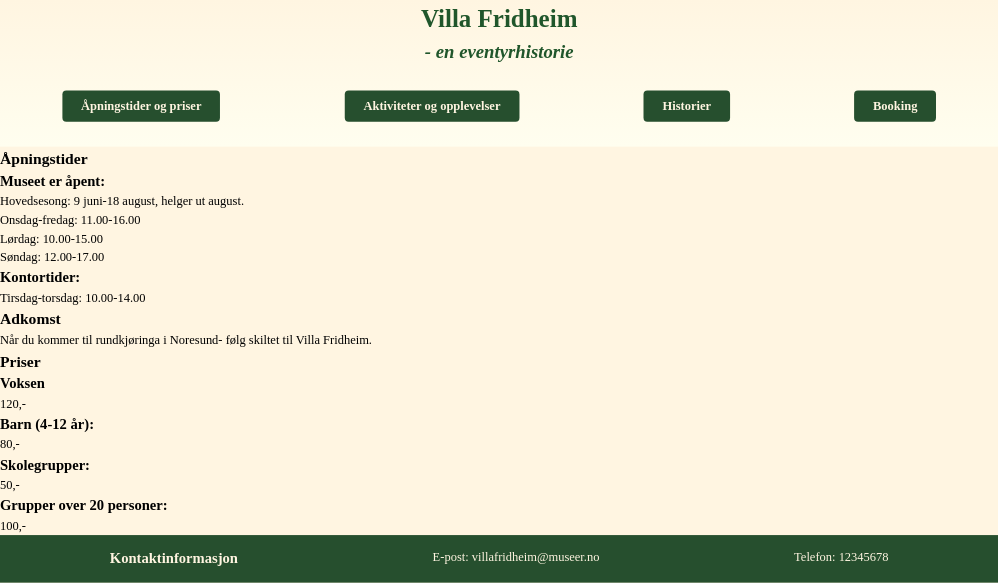
Repository: IdaHolmen/villa-fridheim
Page: src/info.html
The author's editor kept a copy of each file at every save. The page is drawn from the files as they stood at one save, then again after the next save.
The browser window is 1280 px wide. The pictures show the whole page, at 78% of full size.
Some web fonts or font styles are not loaded; a fallback is used.

Above is the page before, as saved 2024-10-07 09:49:01.

### src/info.html
<!DOCTYPE html>
<html lang="en">
    <head>
        <meta charset="UTF-8" />
        <meta name="viewport" content="width=device-width, initial-scale=1.0" />
        <title>Villa Fridheim</title>
        <link rel="stylesheet" type="text/css" href="../css/reset.css" />
        <link rel="stylesheet" type="text/css" href="../css/style.css" />
    </head>
    <body>
        <header>
            <h1>Villa Fridheim</h1>
            <h2 id="sub-heading">- en eventyrhistorie</h2>

            <nav class="nav-bar">
                <a href="../index.html" class="nav-link">Åpningstider og priser</a>
                <a href="./activities.html" class="nav-link">Aktiviteter og opplevelser</a>
                <a href="./stories.html" class="nav-link">Historier</a>
                <a href="./booking.html" class="nav-link">Booking</a>
            </nav>
        </header>

        <main>
            <div class="info-text-container">
                <section class="opening-hours-section">
                    <h2 class="section-headline">Åpningstider</h2>
                    <div class="hours">
                        <h3>Museet er åpent:</h3>
                        <p>Hovedsesong: 9 juni-18 august, helger ut august.</p>
                    </div>

                    <div class="hours">
                        <p>Onsdag-fredag: 11.00-16.00</p>
                        <p>Lørdag: 10.00-15.00</p>
                        <p>Søndag: 12.00-17.00</p>
                    </div>

                    <div class="hours">
                        <h3>Kontortider:</h3>
                        <p>Tirsdag-torsdag: 10.00-14.00</p>
                    </div>
                </section>

                <section class="directions-section">
                    <h2 class="section-headline">Adkomst</h2>
                    <p>Når du kommer til rundkjøringa i Noresund- følg skiltet til Villa Fridheim.</p>
                </section>

                <section class="prices-section">
                    <h2 class="section-headline">Priser</h2>
                    <div class="price-element">
                        <span><h3>Voksen</h3></span>
                        <span>120,-</span>
                    </div>
                    <div class="price-element">
                        <span><h3>Barn (4-12 år):</h3></span>
                        <span>80,-</span>
                    </div>
                    <div class="price-element">
                        <span><h3>Skolegrupper:</h3></span>
                        <span>50,-</span>
                    </div>
                    <div class="price-element">
                        <span><h3>Grupper over 20 personer:</h3></span>
                        <span>100,-</span>
                    </div>
                </section>
            </div>

            <div class="info-image-container"></div>
        </main>

        <footer class="footer">
            <h3>Kontaktinformasjon</h3>
            <p>E-post: villafridheim@museer.no</p>
            <p>Telefon: 12345678</p>
        </footer>
    </body>
</html>

### css/reset.css
*, *::before, *::after {
	box-sizing: border-box;
  }

* {
	margin: 0;
	padding: 0;
}

body {
	line-height: 1.5;
	-webkit-font-smoothing: antialiased;
}

img, picture, video, canvas, svg {
	display: block;
	max-width: 100%;
}

input, textarea, select {
	font: inherit;
}

p, h1, h2, h3, h4, h5, h6 {
	overflow-wrap: break-word;
}

#root, #__next {
	isolation: isolate;
}

button {
	font: inherit;
	background: transparent;
	border: none;
	cursor: pointer;
	touch-action: manipulation;
}

a {
	color: inherit;
	text-decoration: none;
}

### css/style.css
@import url('https://fonts.googleapis.com/css2?family=Caudex:ital,wght@0,400;0,700;1,400;1,700&display=swap');

body {
    height: 100vh;
    width: 100%;
    display: flex;
    flex-direction: column;
    background-color: #fff5e1;
    font-family: 'Caudex', 'Times New Roman', Times, serif;
}

header {
    display: flex;
    flex-direction: column;
    justify-content: center;
    align-items: center;
    background: linear-gradient(180deg, rgba(255, 245, 225, 1) 0%, rgba(255, 254, 239, 1) 100%);
    color: #20562b;
    flex-basis: 15%;
}

#sub-heading {
    font-style: italic;
}

.nav-bar {
    width: 100%;
    color: black;
    display: flex;
    justify-content: space-around;
    flex-direction: row;
    text-align: center;
    margin: 1rem;
}

.nav-link {
    text-decoration: none;
    background-color: #264f2e;
    color: #fff5e1;
    padding: 0.5rem 1.5rem;
    font-weight: bold;
    margin: 1rem 2rem;
    border-radius: 5px;
}

.nav-link:hover {
    background-color: #407e4d;
}

.nav-link:active {
    background-color: #162c1b;
}

.section-headline {
    font-size: 1.25rem;
}

.main-container {
    flex-basis: 80%;
    text-align: center;
    margin: 2rem 2rem;
}

.about-section {
    width: 100%;
    padding: 24px;
    display: flex;
}

.about-text {
    flex-basis: 50%;
    display: flex;
    justify-content: center;
    align-items: center;
    padding: 24px;
}

.image-container {
    flex-basis: 50%;
}

img {
    border-radius: 5%;
}

footer {
    background-color: #264f2e;
    color: #fff5e1;
    flex-basis: 5%;
    display: flex;
    flex-direction: row;
    justify-content: space-around;
    padding: 1rem;
}

After the next save:
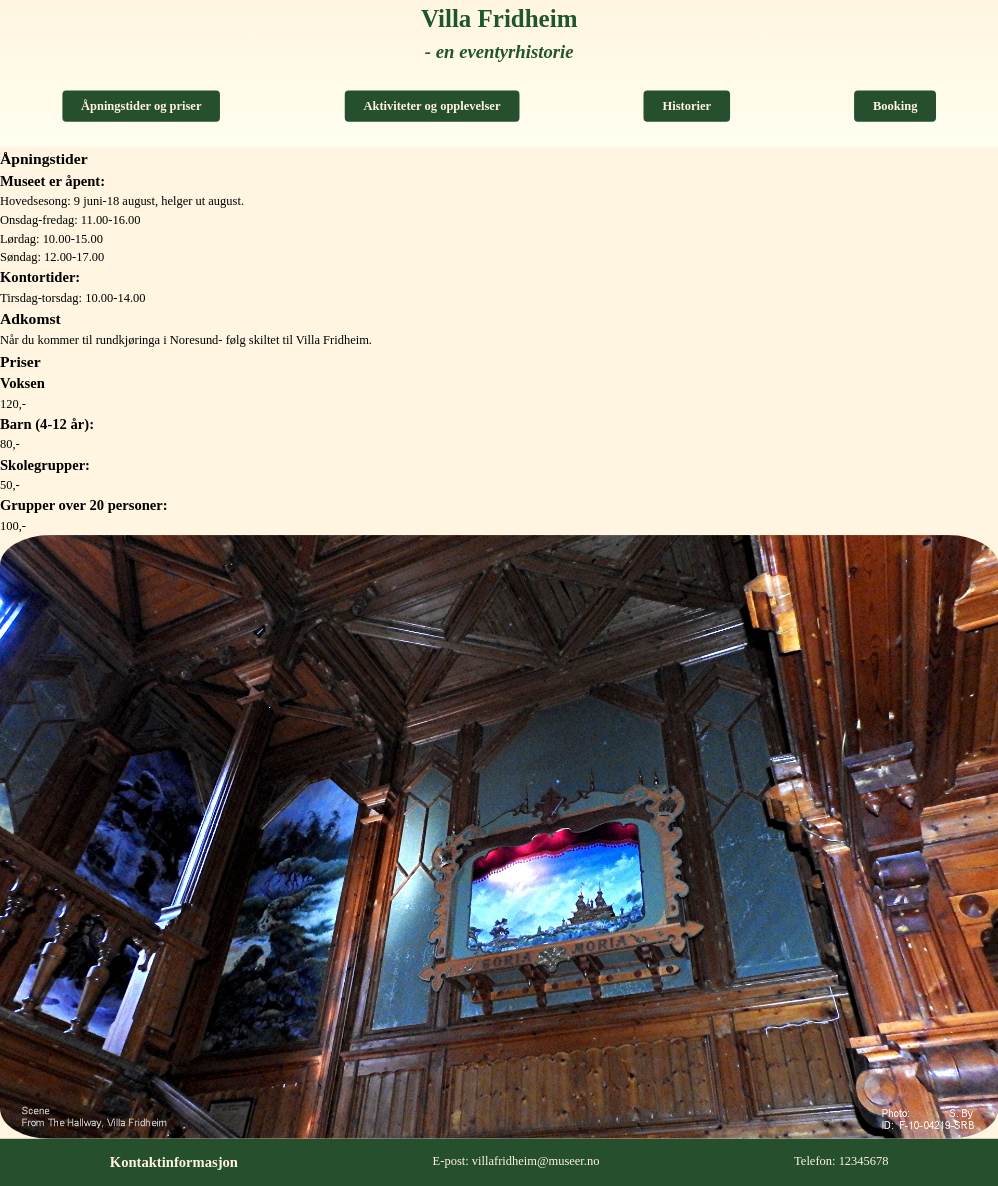
Saved 59 s later.
--- a/src/info.html
+++ b/src/info.html
@@ -67,7 +67,9 @@
                 </section>
             </div>
 
-            <div class="info-image-container"></div>
+            <div class="info-image-container">
+                <img src="../assets/inside-view.jpg" alt="A living room decorated with an 1800's style" />
+            </div>
         </main>
 
         <footer class="footer">
